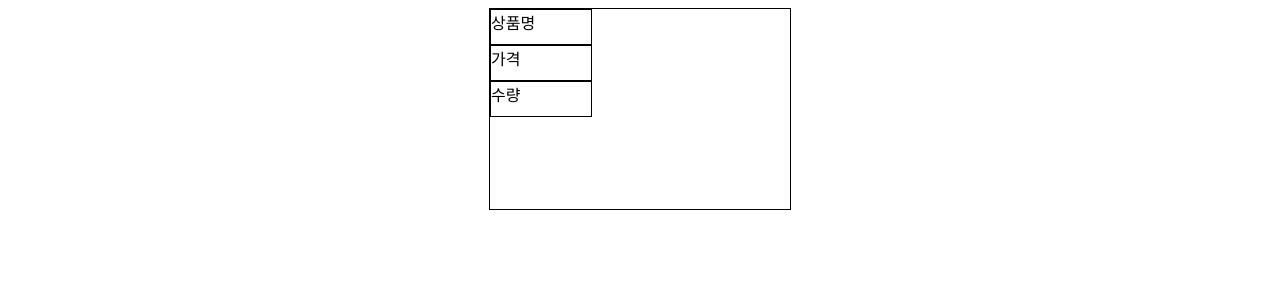
Repository: MySunTY/JSP
Page: http://localhost/JSP08/
An editor plug-in stored every save of this project. The page is shown before and after the next save, followed by the edit.
The browser window is 1280 px wide. The pictures show the whole page.
The page is served by Tomcat 9.

Above is the page before, as saved 2024-05-16 06:11:08.

After the next save:
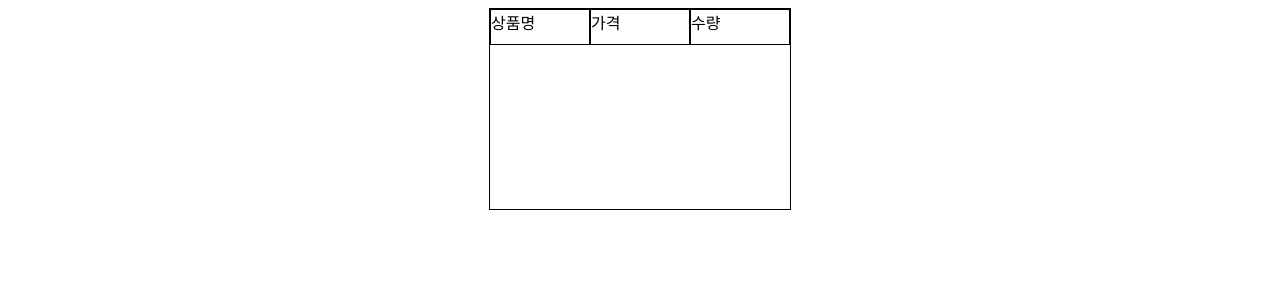
Saved 119 s later.
--- a/JSP08/src/main/webapp/css/style.css
+++ b/JSP08/src/main/webapp/css/style.css
@@ -7,8 +7,9 @@
 
 }
 #wrap>div{
-	width:100px;
+	width:98px;
 	height : 34px;
 	border : 1px solid black;
+	float: left;
 
 }
